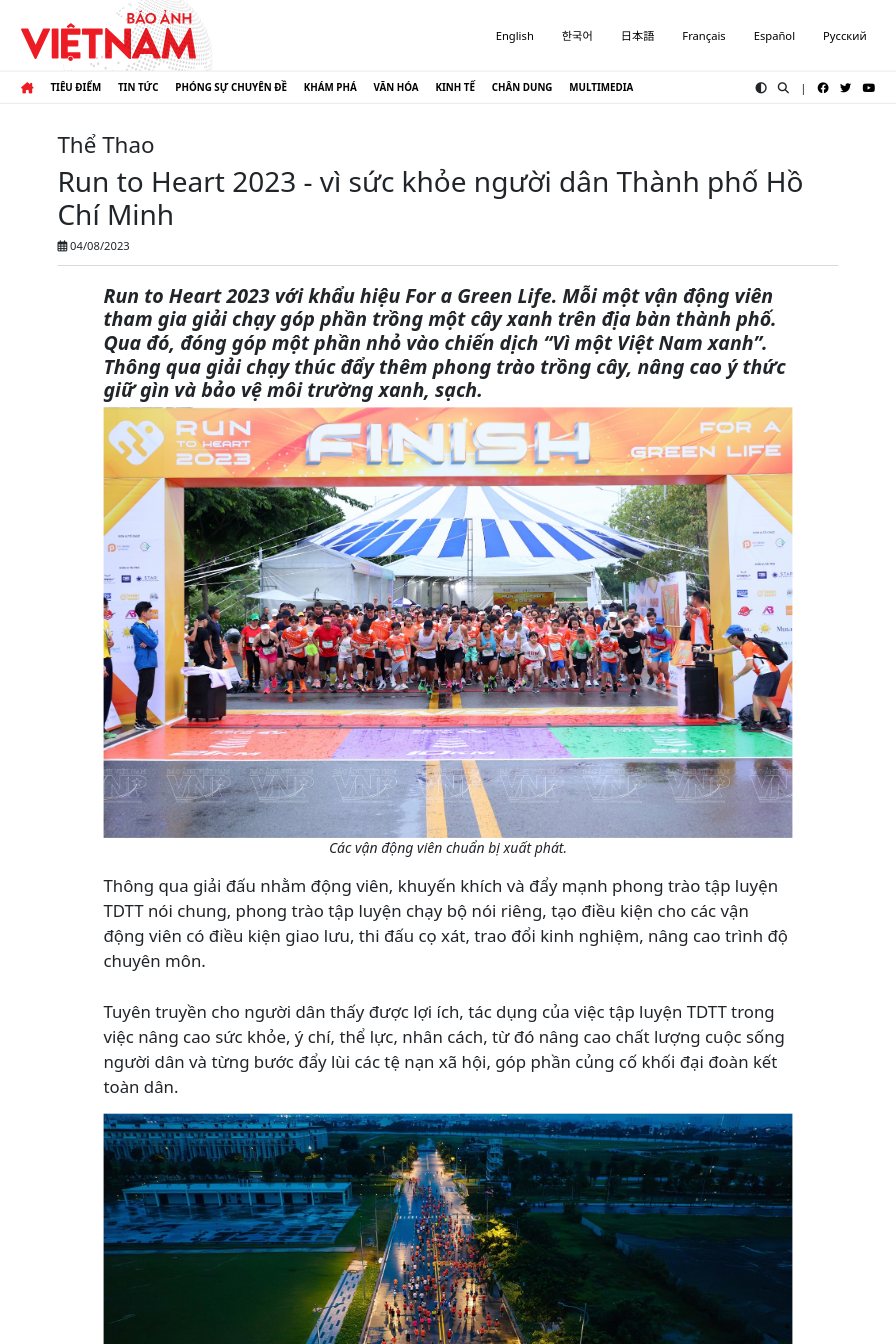
Repository: kietdotshp/webtintuc
Page: Detail.html
The author's editor kept a copy of each file at every save. The page is drawn from the files as they stood at one save, then again after the next save.
The browser window is 1280 px wide. The pictures show the part of the page from y = 0 to 1920 px (the page is 9590 px tall before and 9518 px after), at 70% of full size.
Some web libraries are served in a nearby version.

Above is the page before, as saved 2023-08-10 20:03:53.

After the next save:
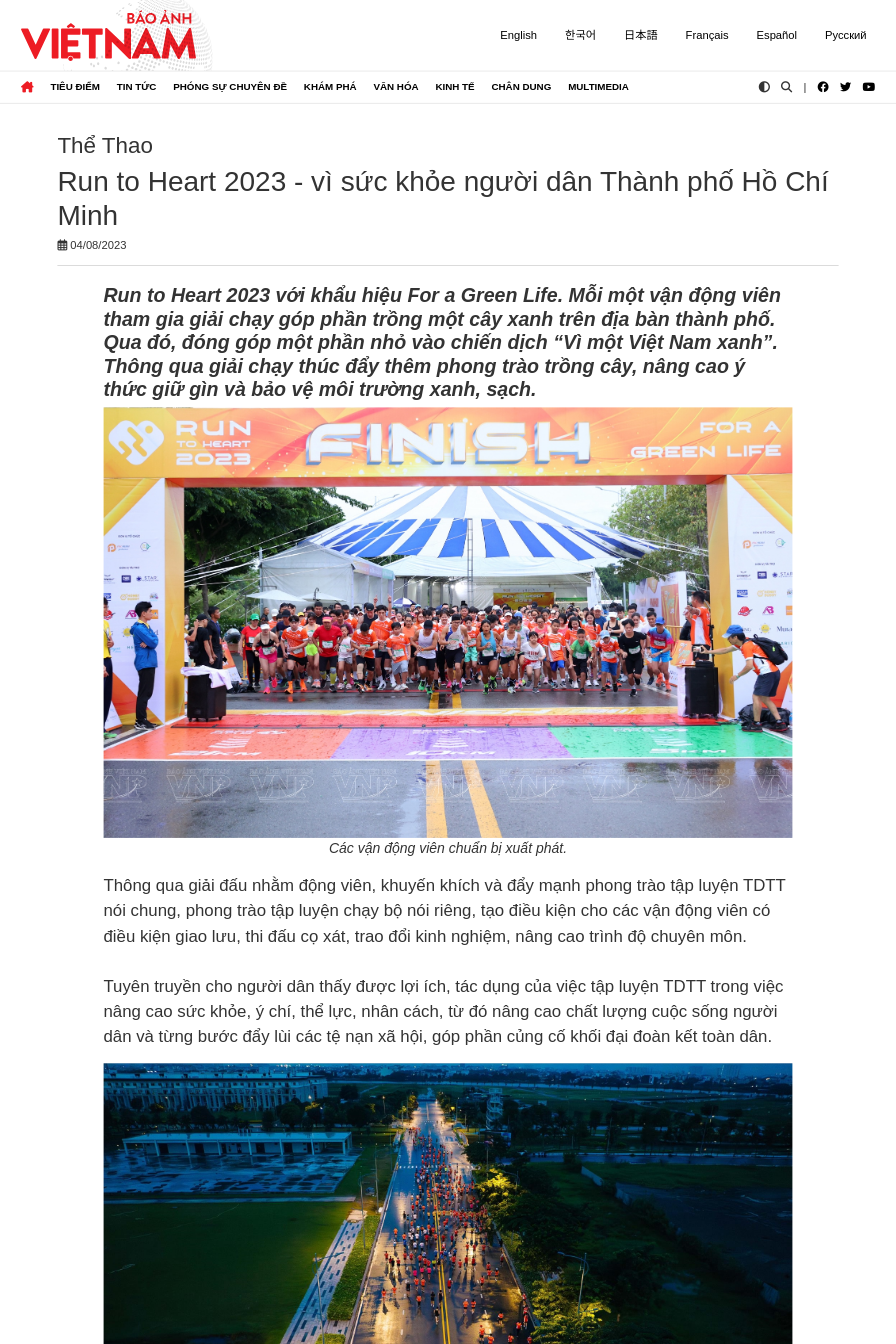
Saved 12 h 49 min later.
--- a/Detail.html
+++ b/Detail.html
@@ -19,7 +19,7 @@
     <link rel="stylesheet" href="https://cdnjs.cloudflare.com/ajax/libs/font-awesome/4.7.0/css/font-awesome.min.css" />
 </head>
 
-<body>
+<body class="body">
     <header>
         <div class="container-custom">
             <section class="d-flex align-items-center justify-content-between">
